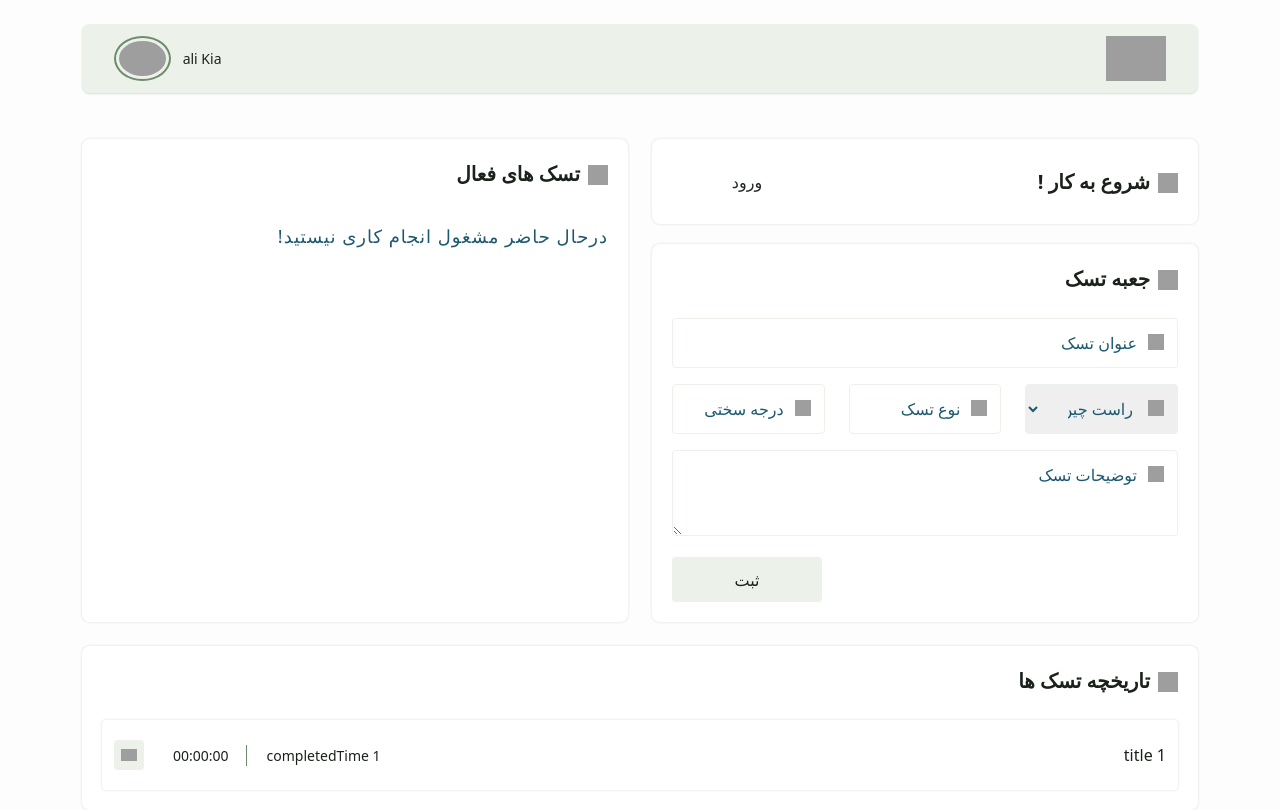
Repository: alirezvanikia/dynamic-form
Page: /
The author's editor kept a copy of each file at every save. The page is drawn from the files as they stood at one save, then again after a run of saves.
The browser window is 1280 px wide. The pictures show the whole page.
Pictures or frames that could not be fetched are drawn as grey boxes. The project was rebuilt for these pictures with package versions that can differ from the ones it lists, and the page was loaded fresh each time. Also part of the build but not shown: vite.config.js, src/components/taskModal.vue.

Above is the page before, as saved 2024-11-09 21:41:36.

After the next 4 saves:
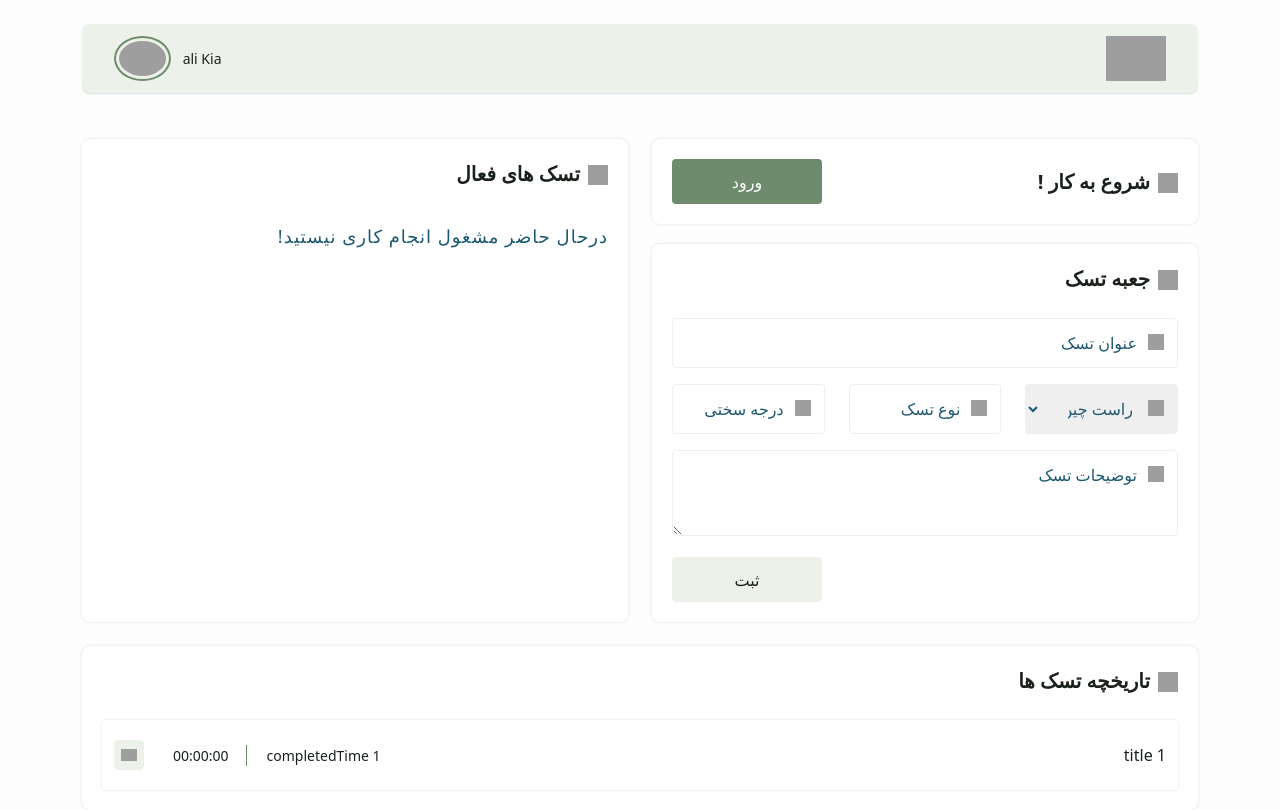
The 4 saves are shown as one change because they came seconds apart.
The last was saved 9 s later.
--- a/src/assets/app.scss
+++ b/src/assets/app.scss
@@ -48,8 +48,8 @@ body {
         }
     }
 
-    &.btn--blue {
-        background-color: $color-blue;
+    &.btn--dark {
+        background-color: $color-green;
         color: $color-white;
 
         &:hover {
